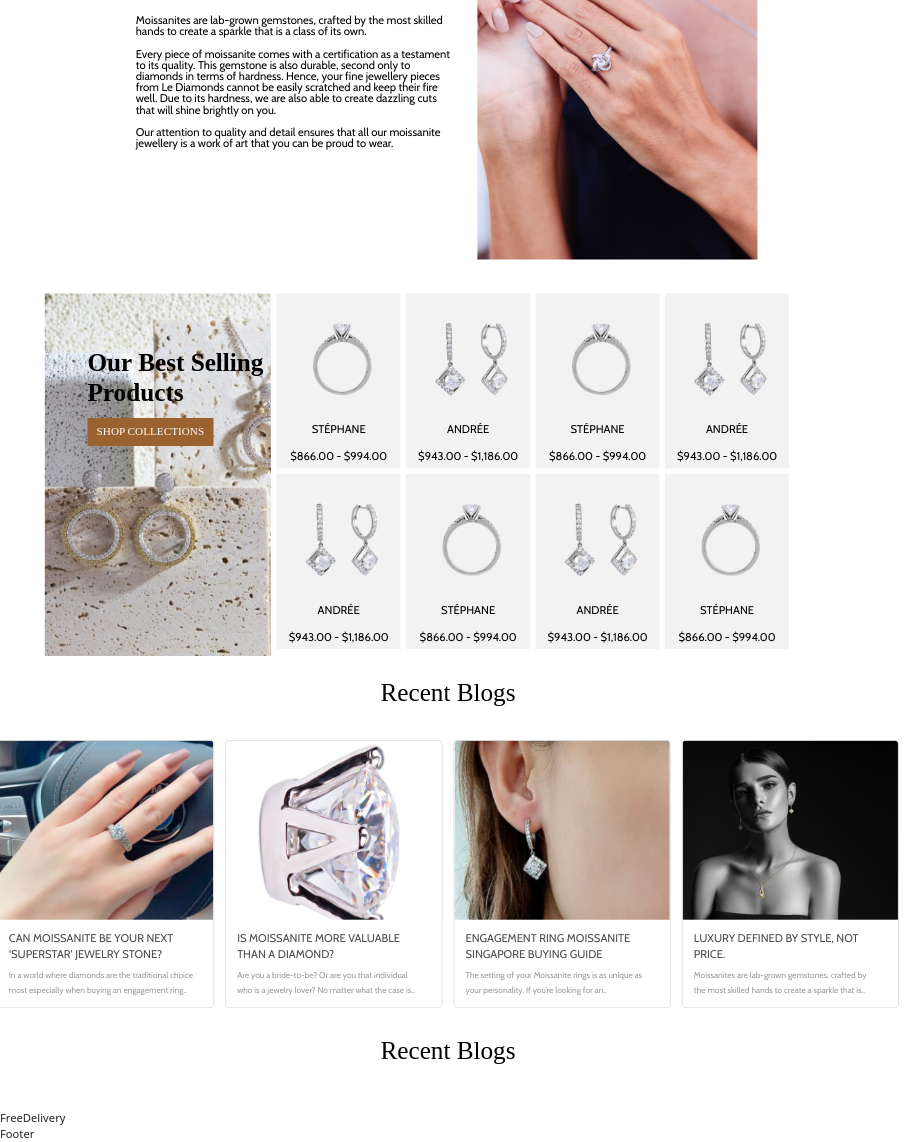
Repository: farrelmuhammad/lediamonds-vi8e
Page: /
An editor plug-in stored every save of this project. The page is shown before and after the next save, followed by the edit.
The browser window is 1280 px wide. The page is 1292 px wide, so the pictures cover 1292 px, including what lies to the right of the window. The pictures show the part of the page from y = 1923 to 3803 px (the page is 3555 px tall before and 3803 px after), at 70% of full size.
The project was rebuilt for these pictures with package versions that can differ from the ones it lists, and the page was loaded fresh each time. Also part of the build but not shown: src/App.css.

Above is the page before, as saved 2022-09-17 15:32:22.

After the next save:
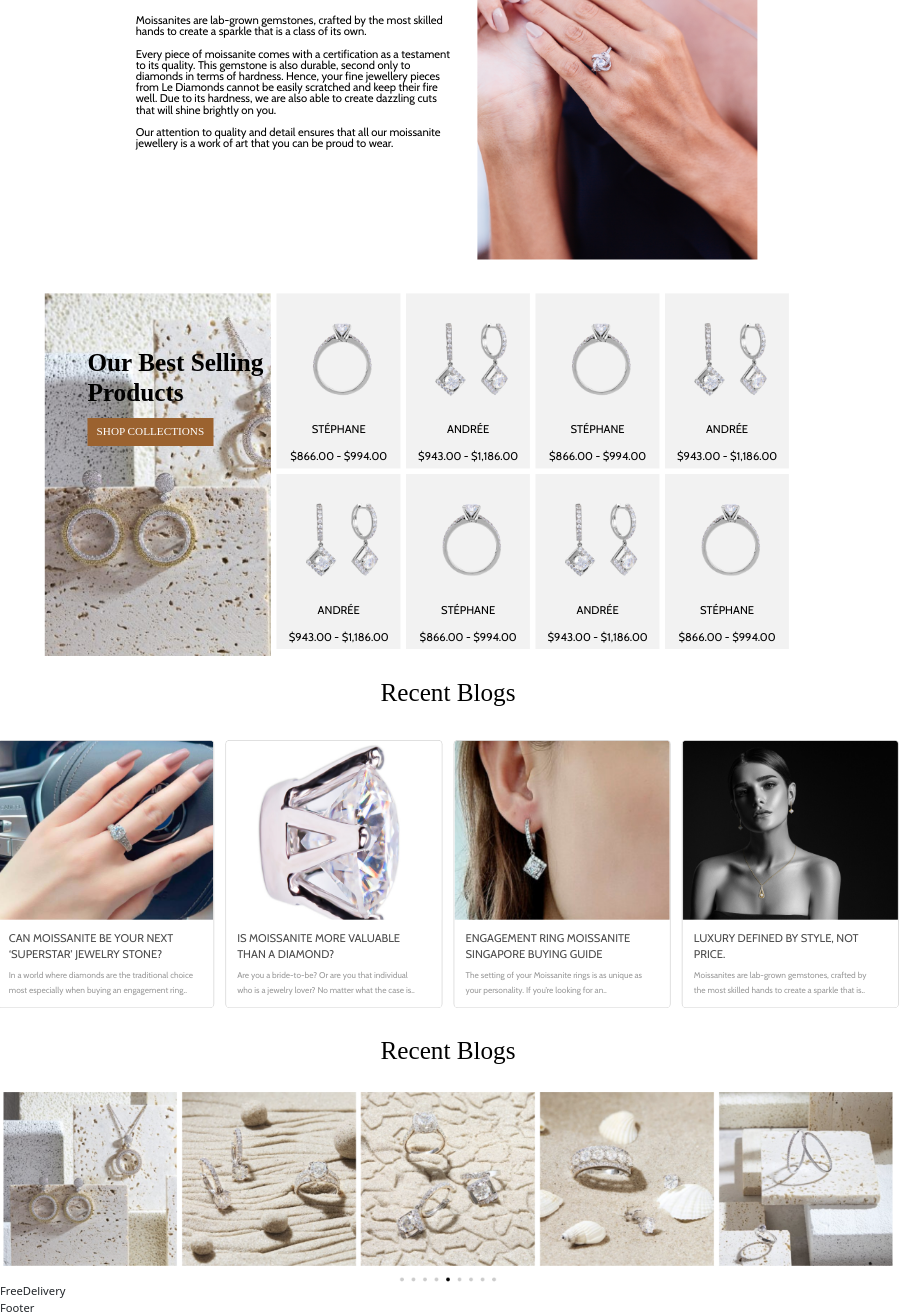
Saved 8 s later.
--- a/src/components/GetInspired.jsx
+++ b/src/components/GetInspired.jsx
@@ -8,7 +8,7 @@ const GetInspired = () => {
         <h3 className="text-title-blog">Recent Blogs</h3>
       </div>
       <div className="text-center">
-        <img src="" alt="" />
+        <img src={Carrousel} alt="" />
       </div>
     </>
   );
